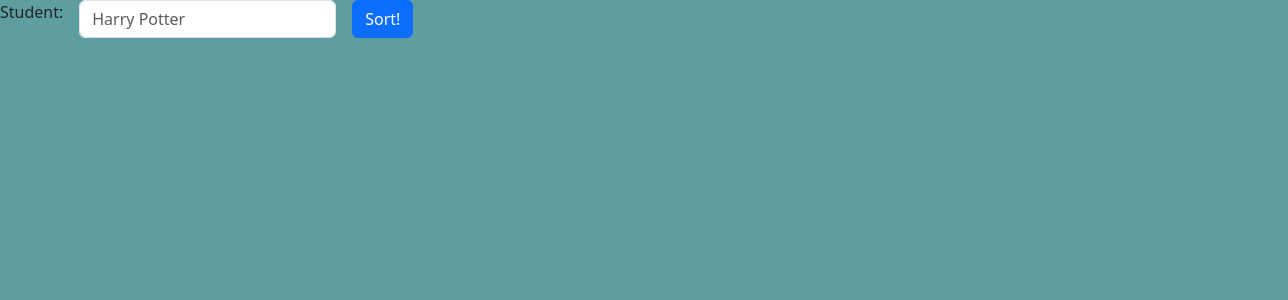
Repository: noahcallen/INDIVIDUAL-PROJECT-sorting-hat
Page: index.html
These files come from the project's save history. The page is drawn as it stood at one moment and after the next save; the edit follows.
The browser window is 1280 px wide. The page is 1288 px wide, so the pictures cover 1288 px, including what lies to the right of the window. The pictures show the whole page.

Above is the page before, as saved 2024-07-27 10:55:06.

After the next save:
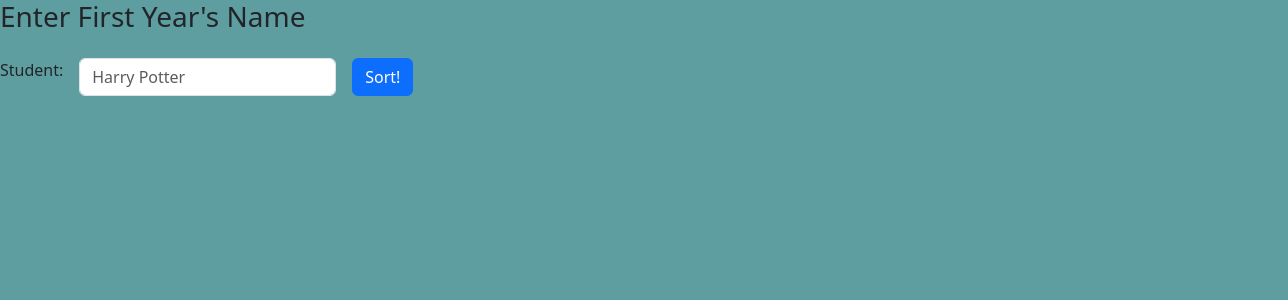
Saved 7 min 48 s later.
--- a/index.html
+++ b/index.html
@@ -9,6 +9,7 @@
 </head>
 <body>
   <form class="row g-3">
+    <h3>Enter First Year's Name</h3>
     <div class="col-auto">
       <p>Student:</p>
     </div>
